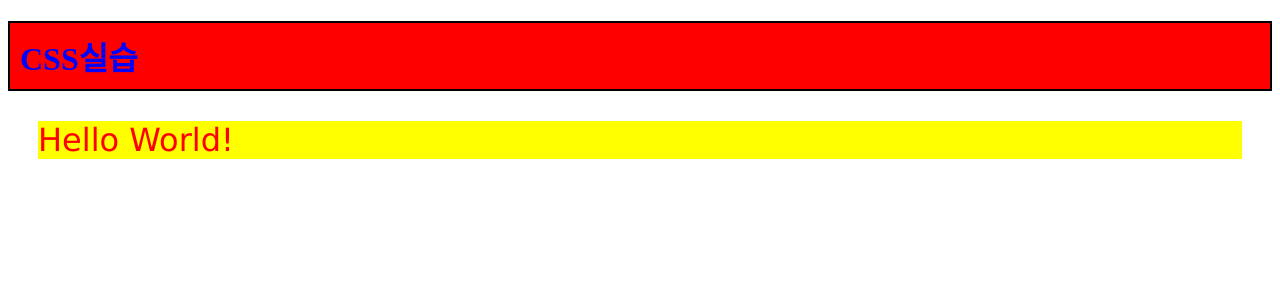
Repository: ashojm/WebWork
Page: Web/first.html
An editor plug-in stored every save of this project. The page is shown before and after the next save, followed by the edit.
The browser window is 1280 px wide. The pictures show the whole page.

Above is the page before, as saved 2015-11-12 16:15:04.

### Web/first.html
<!DOCTYPE html>
<html>
	<head>
		<meta charset="UTF-8">
		<link rel="stylesheet" href="css/base.css"/>
		<title>제목입니다.</title>
	</head>
	<body>
		<h1>CSS실습</h1>
		<p>
			Hello World!
		</p>

	</body>
</html>

### Web/css/base.css
h1{color:#0000FF;font-family:serif;font-size:200%;background-color:red;border:2px solid black;padding:10px}
p {color:red;font-size:200%;font-family:Verdana;background-color:yellow;margin:30px}

After the next save:
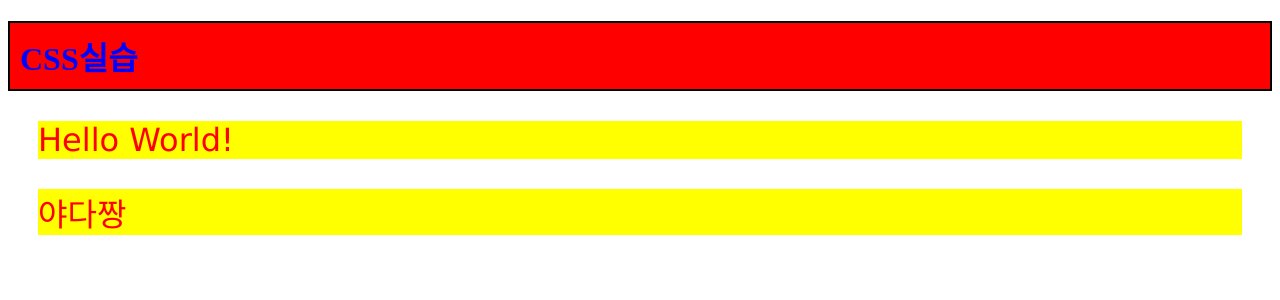
Saved 2 min 5 s later.
--- a/Web/first.html
+++ b/Web/first.html
@@ -10,6 +10,9 @@
 		<p>
 			Hello World!
 		</p>
+		<p>
+			야다짱
+		</p>
 
 	</body>
 </html>
